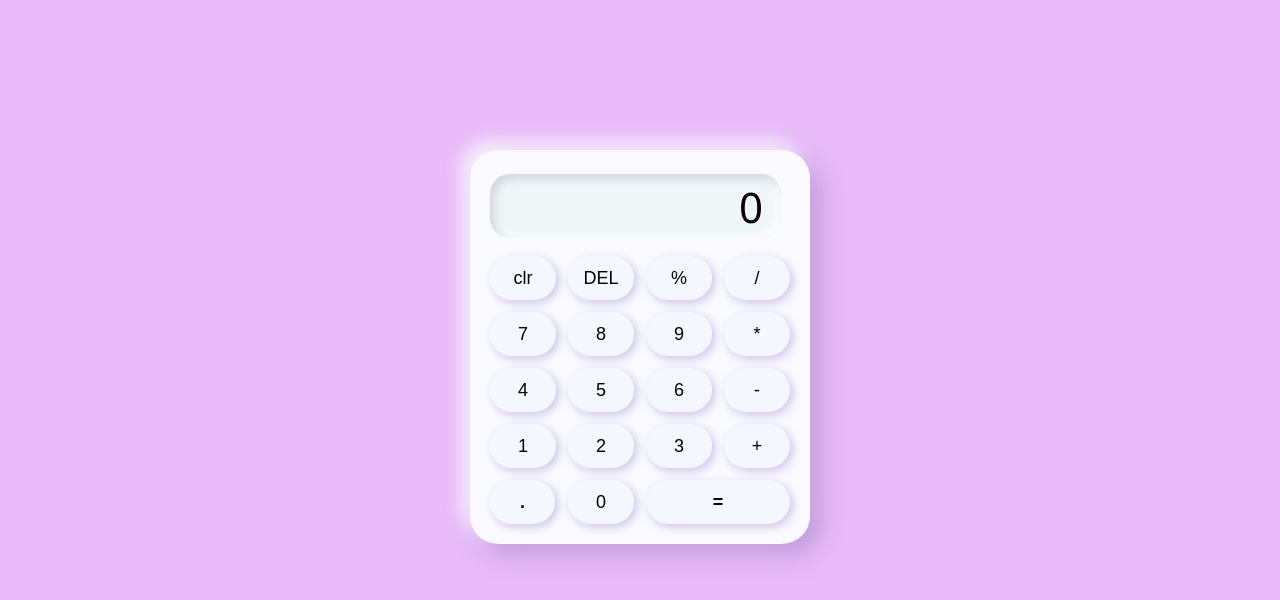
Repository: meti-guda/simple-calculator
Page: index.html
An editor plug-in stored every save of this project. The page is shown before and after the next save, followed by the edit.
The browser window is 1280 px wide. The pictures show the whole page.

Above is the page before, as saved 2025-12-11 12:56:59.

### index.html
<!DOCTYPE html>
<html lang="en">
  <head>
    <meta charset="UTF-8" />
    <title>Simple Calculator</title>
    <link rel="stylesheet" href="style.css" />
  </head>
  <body>
    <div class="contianer">
      <div class="calculator">
        <div class="display">
          <div class="expression" id="expression">0</div>
        </div>

        <div class="values">
          <button data-action="clear">clr</button>
          <button data-action="del">DEL</button>
          <button data-value="%">%</button>
          <button data-value="/">/</button>

          <button data-value="7">7</button>
          <button data-value="8">8</button>
          <button data-value="9">9</button>
          <button data-value="*">*</button>

          <button data-value="4">4</button>
          <button data-value="5">5</button>
          <button data-value="6">6</button>
          <button data-value="-">-</button>

          <button data-value="1">1</button>
          <button data-value="2">2</button>
          <button data-value="3">3</button>
          <button data-value="+">+</button>

          <button class="dot" data-value=".">.</button>
          <button data-value="0">0</button>
          <button class="equal" data-action="equals">=</button>
        </div>
      </div>
    </div>

    <script src="index.js"></script>
  </body>
</html>

### style.css
body {
  display: flex;
  align-items: center;
  justify-content: center;
  background-color: #e7baf8;
  font-family: "Segoe UI", system-ui, sans-serif;
  box-sizing: border-box;
  margin-top: 150px;
  padding: 0;
}

.container {
  padding: 16px;
}

.calculator {
  width: 300px;
  padding: 24px 20px 20px;
  border-radius: 28px;
  background-color: #f9f9ff;
  box-shadow: 10px 10px 25px rgba(150, 121, 189, 0.5),
    -8px -8px 20px rgba(255, 255, 255, 0.95);
}

.display {
  width: 85%;
  height: 64px;
  border-radius: 20px;
  background-color: #eef6f6;
  box-shadow: inset 4px 4px 10px rgba(161, 161, 190, 0.4),
    inset -4px -4px 10px rgba(255, 255, 255, 0.9);
  display: flex;
  align-items: center;
  justify-content: flex-end;
  padding: 0 18px;
  margin-bottom: 18px;
  overflow: hidden;
}

.expression {
  font-size: 42px;
  color: #000;
  white-space: nowrap;
}

.values {
  display: grid;
  grid-template-columns: repeat(4, 1fr);
  grid-gap: 12px;
}

.values button {
  border: none;
  outline: none;
  height: 44px;
  border-radius: 999px;
  background-color: #f5f7ff;
  box-shadow: 3px 3px 8px rgba(150, 121, 189, 0.4);
  color: #000;
  font-size: 18px;
  cursor: pointer;
  transition: transform 0.08s ease, box-shadow 0.08s ease, background 0.1s;
}

button:hover {
  background-color: #c79dd3;
  color: white;
}

.values button:active {
  transform: translateY(1px);
  background-color: #c76eca;
  box-shadow: inset 2px 2px 5px rgba(150, 121, 189, 0.4);
}

.dot {
  justify-self: flex-start;
  width: 65px;
  font-weight: 700;
}

.equal {
  grid-column: span 2;
  background-color: #d87bb4;
  color: #ffffff;
  font-weight: 600;
  box-shadow: 3px 3px 8px rgba(160, 100, 150, 0.5);
}

.equal:active {
  box-shadow: inset 2px 2px 5px rgba(160, 100, 150, 0.5);
}

@media (max-width: 400px) {
  .calculator {
    width: 90%;
  }
}

### index.js
class Calculator {
  constructor() {
    this.displayValue = "0";
    this.previousValue = null;
    this.operation = null;
    this.shouldResetDisplay = false;

    // your display div has class="expression"
    this.displayElement = document.querySelector(".expression");

    this.setupEventListeners();
    this.updateDisplay();
  }

  setupEventListeners() {
    // number buttons: have data-value with 0–9 but NO data-action
    document.querySelectorAll(".values button").forEach((btn) => {
      const action = btn.dataset.action;
      const value = btn.dataset.value;

      if (!action && value !== undefined) {
        // treat as number or dot key
        if (value === ".") {
          btn.addEventListener("click", () => this.handleDecimal());
        } else {
          btn.addEventListener("click", () => this.handleNumber(value));
        }
      } else if (action) {
        // action keys
        if (action === "equals") {
          btn.addEventListener("click", () => this.handleEquals());
        } else if (action === "clear") {
          btn.addEventListener("click", () => this.handleClear());
        } else if (action === "del") {
          btn.addEventListener("click", () => this.handleDelete());
        }
      }

      // operator keys have data-value of + - * / %
      if (["+", "-", "*", "/", "%"].includes(value)) {
        btn.addEventListener("click", () => this.handleOperator(value));
      }
    });

    // keyboard support
    document.addEventListener("keydown", (e) => this.handleKeyboard(e));
  }

  handleNumber(num) {
    if (this.shouldResetDisplay) {
      this.displayValue = num;
      this.shouldResetDisplay = false;
    } else {
      this.displayValue =
        this.displayValue === "0" ? num : this.displayValue + num;
    }
    this.updateDisplay();
  }

  handleDecimal() {
    if (this.shouldResetDisplay) {
      this.displayValue = "0.";
      this.shouldResetDisplay = false;
    } else if (!this.displayValue.includes(".")) {
      this.displayValue += ".";
    }
    this.updateDisplay();
  }

  handleOperator(op) {
    const current = parseFloat(this.displayValue);

    if (this.previousValue === null) {
      this.previousValue = current;
    } else if (this.operation) {
      const result = this.calculate(
        this.previousValue,
        current,
        this.operation
      );
      this.displayValue = this.formatResult(result);
      this.previousValue = result;
      this.updateDisplay();
    }

    this.operation = op;
    this.shouldResetDisplay = true;
  }

  handleEquals() {
    if (this.operation === null || this.previousValue === null) {
      return;
    }

    const current = parseFloat(this.displayValue);
    const result = this.calculate(this.previousValue, current, this.operation);
    this.displayValue = this.formatResult(result);
    this.previousValue = null;
    this.operation = null;
    this.shouldResetDisplay = true;
    this.updateDisplay();
  }

  handleClear() {
    this.displayValue = "0";
    this.previousValue = null;
    this.operation = null;
    this.shouldResetDisplay = false;
    this.updateDisplay();
  }

  handleDelete() {
    if (this.displayValue === "0" || this.shouldResetDisplay) {
      return;
    }
    this.displayValue = this.displayValue.slice(0, -1) || "0";
    this.updateDisplay();
  }

  calculate(prev, current, op) {
    switch (op) {
      case "+":
        return prev + current;
      case "-":
        return prev - current;
      case "*":
        return prev * current;
      case "/":
        return current !== 0 ? prev / current : 0;
      case "%":
        return prev % current;
      default:
        return current;
    }
  }

  formatResult(num) {
    return parseFloat(num.toFixed(10)).toString();
  }

  handleKeyboard(e) {
    if (e.key >= "0" && e.key <= "9") this.handleNumber(e.key);
    if (e.key === ".") this.handleDecimal();
    if (["+", "-", "*", "/", "%"].includes(e.key)) {
      e.preventDefault();
      this.handleOperator(e.key);
    }
    if (e.key === "Enter" || e.key === "=") {
      e.preventDefault();
      this.handleEquals();
    }
    if (e.key === "Backspace") {
      e.preventDefault();
      this.handleDelete();
    }
    if (e.key === "Escape") {
      e.preventDefault();
      this.handleClear();
    }
  }

  updateDisplay() {
    this.displayElement.textContent = this.displayValue;
  }
}

// create calculator once DOM is loaded
document.addEventListener("DOMContentLoaded", () => {
  new Calculator();
});

After the next save:
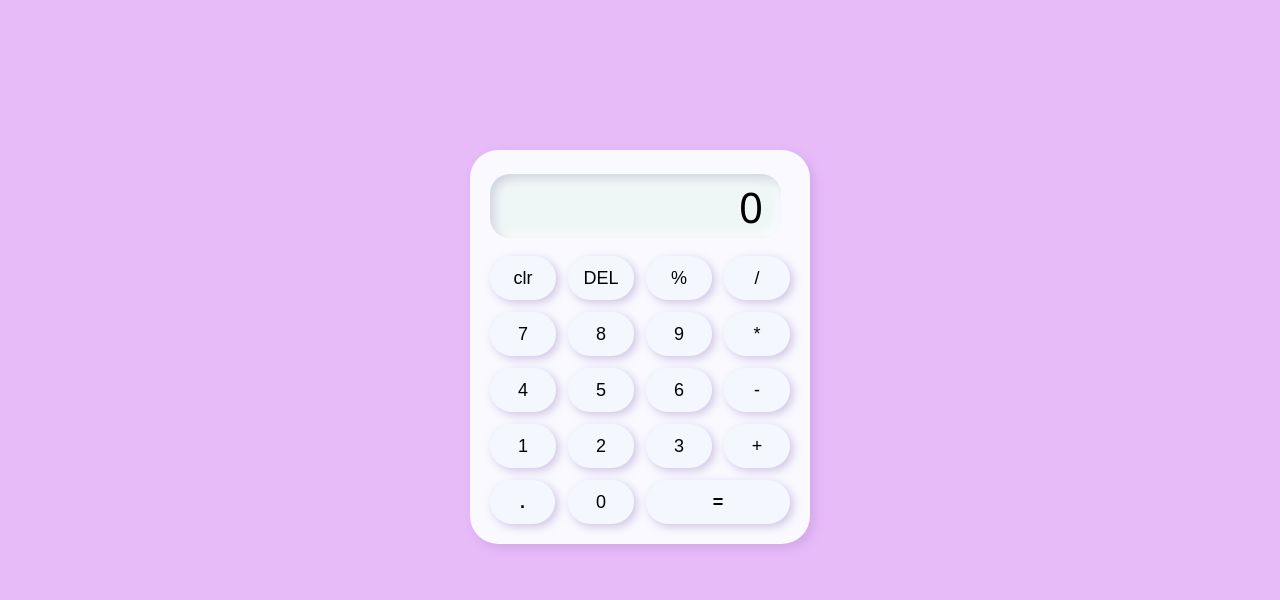
Saved 114 s later.
--- a/style.css
+++ b/style.css
@@ -18,8 +18,7 @@ body {
   padding: 24px 20px 20px;
   border-radius: 28px;
   background-color: #f9f9ff;
-  box-shadow: 10px 10px 25px rgba(150, 121, 189, 0.5),
-    -8px -8px 20px rgba(255, 255, 255, 0.95);
+  box-shadow: 4px 4px 10px rgba(150, 121, 189, 0.25);
 }
 
 .display {
